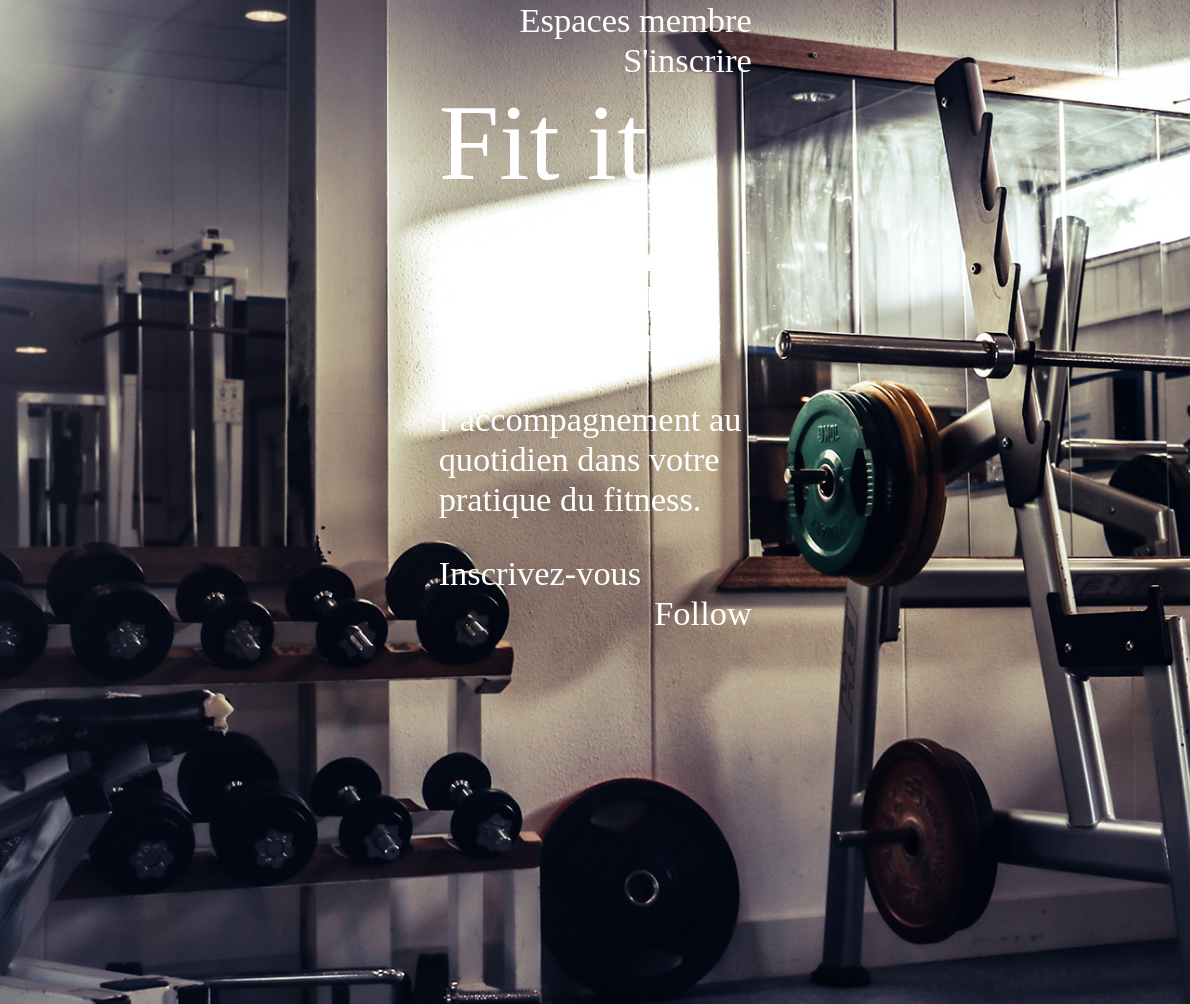
Repository: Mini-T/php-propre
Page: http://localhost/
An editor plug-in stored every save of this project. The page is shown before and after the next save, followed by the edit.
The browser window is 1280 px wide. The pictures show the whole page, at 93% of full size.
The page is run by PHP 8.4 with error messages shown; the project is at /var/www/html/.

Above is the page before, as saved 2021-03-25 10:53:47.

### Partiel/index.php
<!DOCTYPE html>
<html lang="en">

<head>
    <meta charset="UTF-8">
    <meta http-equiv="X-UA-Compatible" content="IE=edge">
    <meta name="viewport" content="width=device-width, initial-scale=1.0">
    <title>Document</title>
    <link rel="stylesheet" href="main.css">
</head>

<body>
    <div id="main">
        <header id="image">



                <div class="frat"></div>

                <div class="fratt">
                    <div id="row1">
                        <a href="#">Espaces membre</a>
                        <br>
                        <a href="#">S'inscrire</a>
                    </div>
                    <div id="row2">
                        <h1 id="titre">Fit it</h1>
                        <p class="text">Pour se motiver et rester motivé, de l’initiation
                            pour les débutants à l’accompagnement au
                            quotidien dans votre pratique du fitness.</p>
                        <a href="#" class="text">Inscrivez-vous</a>
                    </div>
                    <div id="row3"><a href="" class="text" id="follow">Follow</a></div>
                </div>

        </header>
    </div>
</body>

</html>

### Partiel/main.css
#main{
    display: flex;
}
body{
    overflow: hidden;
    margin: 0px;
}
a{
    text-decoration: none;
    color: unset;
}

#image{
    background-image: url('fond-normal-size.jpg');
    color: white;
    font-family: kanit;
    display: grid;
    max-width: 1920px;
    grid-template-columns: 1fr 1Fr 1FR;
    width: 100vw;
    height: 1080px;
    flex-direction: column;
}
.center{
    background: black;
    align-self: center;
}
.topright{
    background: black;
    font-size: 37px;
    text-align: right;
    margin-bottom: 243px;
}
#titre{
    margin: 0px;
    font-family: kanit medium;
    font-weight: normal;
    font-size: 117px;
    text-align: left;
}
.text{
    font-size: 37px;
    font-family: Sohne-Leicht ;
}
#follow{
    margin-bottom: 40px;
    text-align: right;
    height: fit-content;
    text-align: right;
}

.frat{
    width: 100%;
    height: 1080px;

}
.fratt{
    padding: 0px 45px  0px 45px;
    max-height: 1080px;
    height: 100vh;
    display: grid;
    grid-template-rows: 1fr 4fr 1fr ;



}
#row1{
    font-size: 37px;
    text-align: right;
}
#row2{

        height: fit-content
}
#row3{
    height: 100%;
    display: flex;
    flex-direction: column;
    justify-content: flex-end;
    align-content: flex-end;
}
#overlay {
    background-color: black;
}

After the next save:
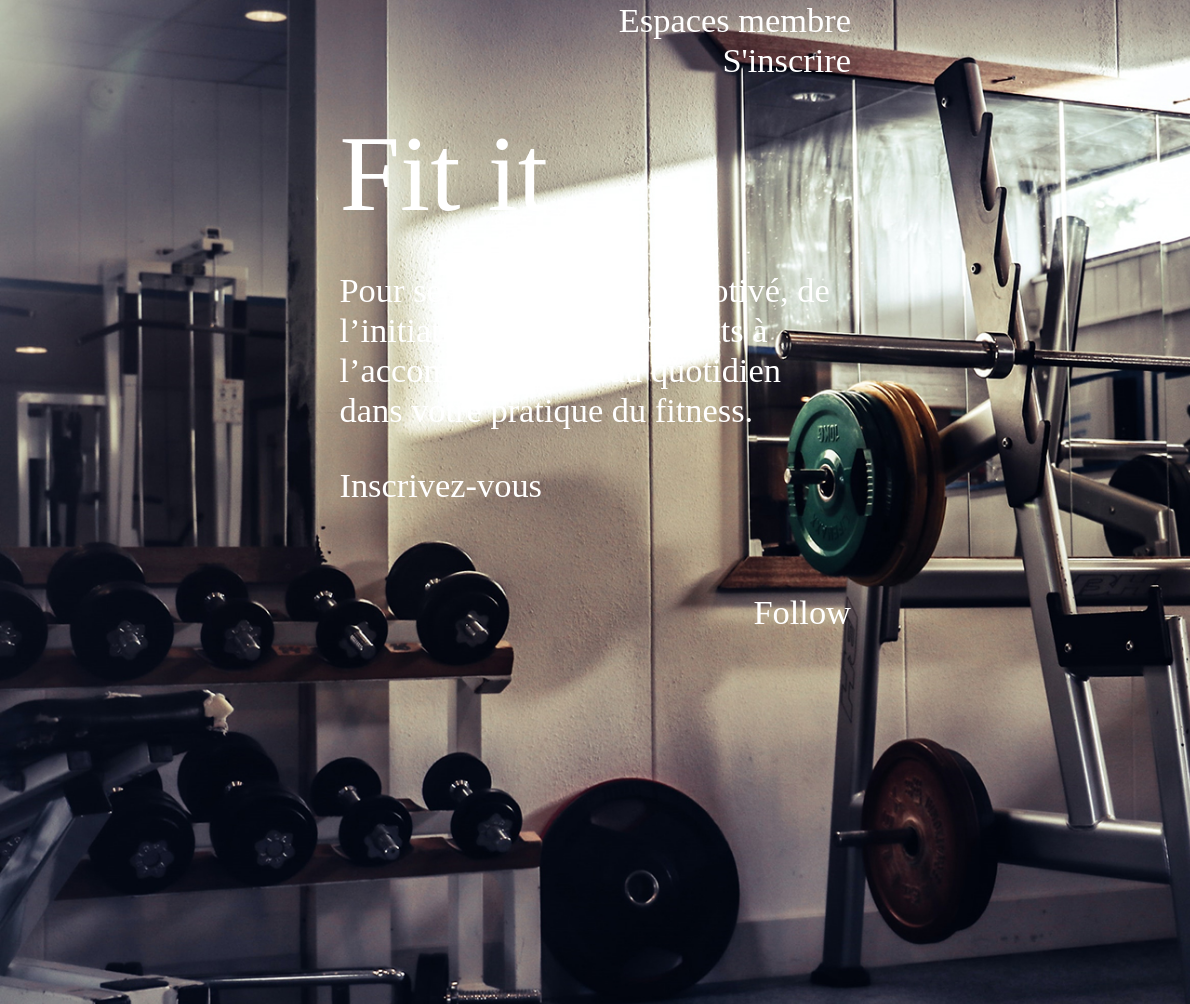
Saved 6 s later.
--- a/Partiel/main.css
+++ b/Partiel/main.css
@@ -16,7 +16,7 @@ a{
     font-family: kanit;
     display: grid;
     max-width: 1920px;
-    grid-template-columns: 1fr 1Fr 1FR;
+    grid-template-columns: 1fr 2Fr 1FR;
     width: 100vw;
     height: 1080px;
     flex-direction: column;
